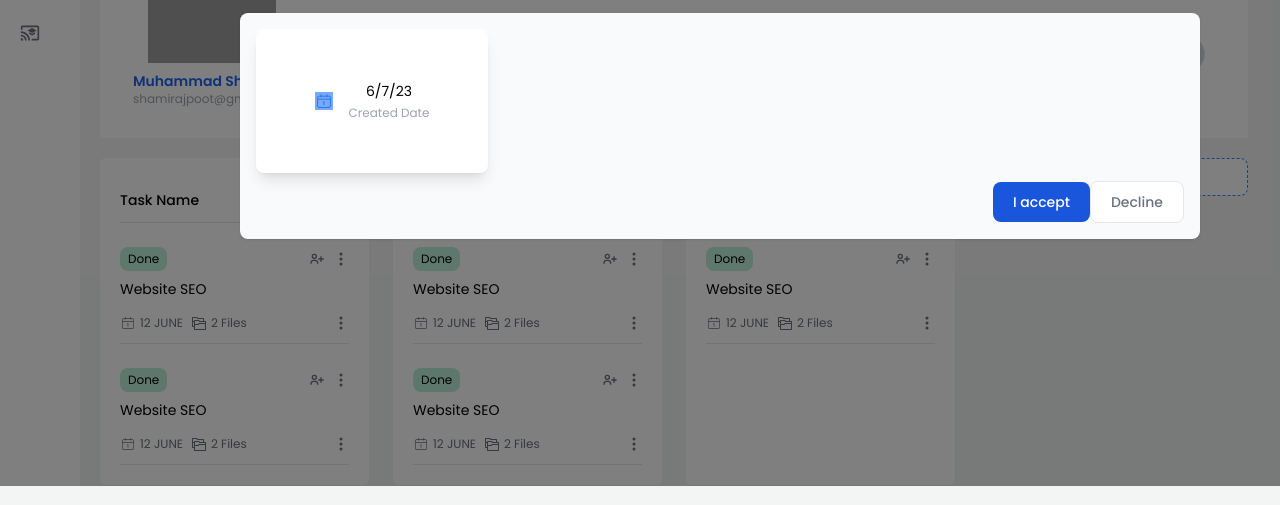
Repository: Shamraiz761/Frontend-Assessment
Page: /, after clicking the first element matching `button.bg-white`
These files come from the project's save history. The page is drawn as it stood at one moment and after the next save; the edit follows.
The browser window is 1280 px wide. The pictures show the part of the page from y = 234 to 739 px (the page is 739 px tall).
Pictures or frames that could not be fetched are drawn as grey boxes. The project was rebuilt for these pictures with package versions that can differ from the ones it lists, and the page was loaded fresh each time. Also part of the build but not shown: vite.config.js. Imported but missing from the stored project, and not drawn on this page: src/pages/auth/login.

Above is the page before, as saved 2023-06-09 13:43:48.

### src/main.jsx
import ReactDOM from 'react-dom/client'

import React from 'react'

import App from './App.jsx'
import './index.css'

ReactDOM.createRoot(document.getElementById('root')).render(
  <React.StrictMode>
    <App />
  </React.StrictMode>,
)

### src/App.jsx
import React from 'react'
import { DndProvider } from 'react-dnd'
import { HTML5Backend } from 'react-dnd-html5-backend'
import 'flowbite'

import AppRoutes from './routes'

export default function App() {
  return (
    <DndProvider backend={HTML5Backend}>
      <AppRoutes />
    </DndProvider>
  )
}

### src/index.css
@import url("https://fonts.googleapis.com/css2?family=Poppins:wght@400;500;600;700;800;900&display=swap");

@tailwind base;
@tailwind components;
@tailwind utilities;

* {
  margin: 0;
  padding: 0;
}

body {
  margin: 0;
  font-family: "Poppins", -apple-system, BlinkMacSystemFont, "Segoe UI",
    "Roboto", "Oxygen", "Ubuntu", "Cantarell", "Fira Sans", "Droid Sans",
    "Helvetica Neue", sans-serif;
  -webkit-font-smoothing: antialiased;
  -moz-osx-font-smoothing: grayscale;
  width: 100vw;
  overflow-x: hidden;
  background-color: #f2f5f3;
  /* background: linear-gradient(180deg, #faefe8 0%, #edc7ac 100%); */
}

code {
  font-family: source-code-pro, Menlo, Monaco, Consolas, "Courier New",
    monospace;
}

.pointer-cursor {
  cursor: pointer;
}

.cusBorder {
  border: 1px solid #000;
  border-radius: 5px;
}

img {
  cursor: pointer;
}
.errors {
  color: #dc3545;
  padding: 0;
  margin: 0;
  font-size: 12px;
}
.loader {
  position: fixed;
  top: 0;
  bottom: 0;
  left: 0;
  right: 0;
  background-color: rgba(47, 151, 161, 0.32);

  display: flex;
  justify-content: center;
  align-items: center;
}

.link {
  color: #000;
  cursor: pointer;
  text-decoration: none;
}
.link:hover {
  color: #000;
}

.trans-btn {
  background-color: transparent;
  border: none;
}
.profile-logout-btn {
  border: 0;
}
.profile-logout-btn:hover {
  border: 0;
}
.profile-btn {
  border-radius: 0;
  border: 0;
}
.logout-btn {
  border-radius: 0;
  border: 0;
}
.logout-btn:hover {
  background-color: rgba(220, 53, 69, 0.5);
  border: 0;
  color: #fff;
}
.breadcrumbs ul {
  list-style: none;
  display: inline-block;
}

.breadcrumbs ul li {
  display: inline;
}

.breadcrumbs ul li .bc-link {
  /* display: block; */
  width: max-content;
  background-color: #f8f9fa;
  padding: 6px 15px 6px 25px;
  text-align: center;
  position: relative;
  margin: 0 10px 0 0;
  font-size: 15px;
  text-decoration: none;
  color: #000;
}
.breadcrumbs ul li .bc-link::after {
  content: "";
  border-top: 17px solid transparent;
  border-bottom: 17px solid transparent;
  border-left: 17px solid #f8f9fa;
  position: absolute;
  top: 0;
  right: -17px;
  z-index: 1;
}
.breadcrumbs ul li .bc-link::before {
  content: "";
  border-top: 17px solid transparent;
  border-bottom: 17px solid transparent;
  border-left: 17px solid #71cdd5;
  position: absolute;
  top: 0;
  left: 0;
}
.breadcrumbs ul li:first-child .bc-link {
  border-top-left-radius: 5px;
  border-bottom-left-radius: 5px;
}
.breadcrumbs ul li:first-child .bc-link::before {
  display: none;
}

.breadcrumbs ul li:last-child .bc-link {
  padding-right: 20px;
  border-top-right-radius: 5px;
  border-bottom-right-radius: 5px;
}
.breadcrumbs ul li:last-child .bc-link::after {
  display: none;
}

@media screen and (max-width: 500px) {
  .breadcrumbs ul li .bc-link {
    /* display: block; */
    padding: 2px 2px 2px 13px;
    /* margin: 0 10px 0 0; */
    font-size: 14px;
  }

  .breadcrumbs ul li .bc-link::after {
    content: "";
    border-top: 11.6px solid transparent;
    border-bottom: 11.6px solid transparent;
    border-left: 11.6px solid #f8f9fa;
    position: absolute;
    top: 0;
    right: -11.6px;
    z-index: 1;
  }
  .breadcrumbs ul li .bc-link::before {
    content: "";
    border-top: 11.6px solid transparent;
    border-bottom: 11.6px solid transparent;
    border-left: 11.6px solid #71cdd5;
    position: absolute;
    top: 0;
    left: 0;
  }
  .breadcrumbs ul li:last-child .bc-link {
    padding-right: 5px;
  }
}

@media screen and (max-width: 350px) {
  .breadcrumbs ul li .bc-link {
    /* display: block; */
    padding: 2px 2px 2px 12px;
    /* margin: 0 10px 0 0; */
    font-size: 10px;
  }

  .breadcrumbs ul li .bc-link::after {
    content: "";
    border-top: 9px solid transparent;
    border-bottom: 9px solid transparent;
    border-left: 9px solid #f8f9fa;
    position: absolute;
    top: 0;
    right: -9px;
    z-index: 1;
  }
  .breadcrumbs ul li .bc-link::before {
    content: "";
    border-top: 9px solid transparent;
    border-bottom: 9px solid transparent;
    border-left: 9px solid #edc7ac;
    position: absolute;
    top: 0;
    left: 0;
  }
  .breadcrumbs ul li:last-child .bc-link {
    padding-right: 5px;
  }
}

/* ********************************************** */

### src/routes/index.jsx
import {
  createBrowserRouter,
  createRoutesFromElements,
  RouterProvider,
  Route,
} from "react-router-dom";

import * as React from "react";

import Layout from "./layout";
import Root from "./root";

import Home from "../pages/dashboard";
import Login from "../pages/auth/login";
import Header from "../components/header/index";

export default function AppRoutes() {
  const router = createBrowserRouter(
    createRoutesFromElements(
      <Route path="/" element={<Root />}>
        <Route path="/login" element={<Login />} />

        <Route element={<Layout />}>
          <Route path="/" element={<Home />} />
        </Route>
      </Route>
    )
  );

  return <RouterProvider router={router} />;
}

### src/routes/layout.jsx
import { Link, Outlet, useNavigate } from "react-router-dom";
import { Gi3DGlasses } from "react-icons/gi";
import { CgProfile } from "react-icons/cg";
import { BsArrowLeft, BsFillChatSquareTextFill } from "react-icons/bs";
import { MdOutlineDashboard, MdOutlineCastForEducation } from "react-icons/md";

import React, { useState } from "react";
import Header from "../components/header/index";

export default function Layout() {
  const [open, setOpen] = useState(false);
  const [type, setType] = useState(false);
  const navigate = useNavigate();
  return (
    <div>
      {/* {loading && <LoadingSpinner asOverlay />} */}
      <div
        className={` h-screen bg-white  p-3 ${
          open ? "w-56" : "w-20"
        } fixed top-0 sidebar z-50`}
      >
        {/* Logo */}

        <div className="flex flex-row justify-center">
          <svg
            width="67"
            height="67"
            viewBox="0 0 67 67"
            fill="none"
            xmlns="http://www.w3.org/2000/svg"
            className={` text-4xl block float-left cursor-pointer rounded duration-500 ${
              !open && "rotate-[360deg]"
            }`}
            onClick={() => {
              setOpen(!open);
              setType(false);
            }}
          >
            <path
              d="M22.138 15.2984L30.8759 24.0363C32.3276 25.488 34.7005 25.488 36.1522 24.0363L44.8901 15.2984C47.2351 12.9534 45.588 8.90552 42.238 8.90552H24.7622C21.4401 8.90552 19.7651 12.9534 22.138 15.2984Z"
              fill="#208FF5"
            />
            <path
              d="M22.138 51.7017L30.8759 42.9637C32.3276 41.5121 34.7005 41.5121 36.1522 42.9637L44.8901 51.7017C47.2351 54.0467 45.588 58.0946 42.238 58.0946H24.7622C21.4401 58.0946 19.7651 54.0467 22.138 51.7017Z"
              fill="#208FF5"
            />
            <path
              d="M6.03002 31.9088L12.423 21.8588C13.428 20.2676 15.6614 20.0163 17.0014 21.3563L27.0514 31.4063C28.1959 32.5509 28.1959 34.4213 27.0514 35.5659L17.0014 45.6159C15.6614 46.9559 13.456 46.7047 12.423 45.1134L6.03002 35.0634C5.44377 34.1142 5.44377 32.8859 6.03002 31.9088Z"
              fill="#208FF5"
            />
            <path
              d="M60.9701 31.9088L54.5771 21.8588C53.5721 20.2676 51.3387 20.0163 49.9987 21.3563L39.9488 31.4063C38.8042 32.5509 38.8042 34.4213 39.9488 35.5659L49.9987 45.6159C51.3387 46.9559 53.5442 46.7047 54.5771 45.1134L60.9701 35.0634C61.5563 34.1142 61.5563 32.8859 60.9701 31.9088Z"
              fill="#208FF5"
            />
          </svg>
        </div>

        {/* Search */}

        <ul className="pt-2">
          {/* Dashboard */}
          <Link
            to="/"
            className={` rounded-md text-gray-500  text-xs flex items-center gap-x-4 cursor-pointer hover:bg-gray-50 hover:text-blue-500 py-4 p-2`}
          >
            <span className="text-xl block float-left">
              <MdOutlineDashboard />
            </span>
            <span
              className={` text-sm font-md flex-1
          ${!open && "hidden"}`}
            >
              Marketplace
            </span>
          </Link>

          <Link
            className={` rounded-md text-gray-500  text-xs flex items-center gap-x-4 cursor-pointer hover:bg-gray-50 hover:text-blue-500 py-4 p-2`}
            to="/profile"
          >
            <span className="text-xl block float-left">
              <CgProfile />
            </span>
            <span
              className={` text-xs font-md flex-1
          ${!open && "hidden"}`}
            >
              Profile
            </span>
          </Link>

          {/* Lens */}
          <Link
            className={` rounded-md text-gray-500  text-xs flex items-center gap-x-4 cursor-pointer hover:bg-gray-50 hover:text-blue-500 py-4 p-2`}
            to="/chat"
          >
            <span className="text-lg block float-left">
              <BsFillChatSquareTextFill />
            </span>
            <span
              className={` text-xs font-md flex-1
          ${!open && "hidden"}`}
            >
              Chat
            </span>
          </Link>

          {/* Orders */}
          <Link
            className={` rounded-md text-gray-500  text-xs flex items-center gap-x-4 cursor-pointer hover:bg-gray-50 hover:text-blue-500 py-4 p-2`}
            to="/education"
          >
            <span className="text-xl block float-left">
              <MdOutlineCastForEducation />
            </span>
            <span
              className={` text-xs font-md flex-1
          ${!open && "hidden"}`}
            >
              Education
            </span>
          </Link>
        </ul>
      </div>
      <div className={` ${open ? "ml-56" : "ml-20"}`}>
        <Header />
        <Outlet />
      </div>
    </div>
  );
}

### src/routes/root.jsx
import { Outlet } from 'react-router-dom'

import React from 'react'

export default function Root() {
    return (
        <Outlet />
    )
}

### src/pages/Dashboard/index.jsx
import { AiOutlinePlusCircle } from "react-icons/ai";
import { BsThreeDotsVertical } from "react-icons/bs";
import { CiCalendarDate } from "react-icons/ci";

import React, { useState } from "react";

import "./index.css";
import Profile from "../../components/dashboard/profile";
import Card from "../../components/dashboard/card";

function Home() {
  const [isModalOpen, setIsModalOpen] = useState(false);

  const toggleModal = () => {
    setIsModalOpen(!isModalOpen);
  };

  return (
    <div className="mr-3">
      <Profile />
      <div className="m-5 grid grid-cols-1 sm:grid-cols-2 md:grid-cols-3 lg:grid-cols-4 gap-6 ">
        <div className="bg-white p-5 rounded-md">
          <div className="flex flex-row justify-between py-3 border-b">
            <div className="text-sm font-medium">Task Name</div>
            <div className="flex flex-row text-gray-500">
              <AiOutlinePlusCircle className="mr-2" />
              <BsThreeDotsVertical />
            </div>
          </div>
          <Card />
          <Card />
        </div>
        <div className="bg-white p-5 rounded-md">
          <div className="flex flex-row justify-between py-3 border-b">
            <div className="text-sm font-medium">Task Name</div>
            <div className="flex flex-row text-gray-500">
              <AiOutlinePlusCircle className="mr-2" />
              <BsThreeDotsVertical />
            </div>
          </div>
          <Card />
          <Card />
        </div>
        <div className="bg-white p-5 rounded-md">
          <div className="flex flex-row justify-between py-3 border-b">
            <div className="text-sm font-medium">Task Name</div>
            <div className="flex flex-row text-gray-500">
              <AiOutlinePlusCircle className="mr-2" />
              <BsThreeDotsVertical />
            </div>
          </div>
          <Card />
        </div>

        <div>
          <button
            onClick={toggleModal}
            className="bg-white flex flex-row justify-center text-blue-500 rounded-lg border border-dashed border-blue-500 px-2 py-2 text-sm w-full"
            type="button"
          >
            <AiOutlinePlusCircle className="mr-2 mt-1" />
            <h1>Add List</h1>
          </button>
          {isModalOpen && (
            <div className="fixed  top-0 left-0 right-0 bottom-0 z-50   bg-opacity-50 bg-black">
              <div className="  min-h-screen flex items-center justify-center ">
                <div className="absolute w-9/12 ml-40 bg-slate-50 rounded-lg shadow p-4">
                  <div className="grid grid-cols-4">
                    <div className="col-span-3">
                      <div className="grid grid-cols-1 md:grid-cols-2 lg:grid-cols-3 flex-wrap">
                        <div className="card bg-white rounded-lg shadow-lg">
                          <div className="flex flex-row justify-center items-center h-36 text-sm">
                            <CiCalendarDate className="mr-4 text-lg text-blue-600 bg-blue-400" />
                            <div>
                              <p className="mb-1 text-center">6/7/23</p>
                              <p className="text-xs font-thin text-gray-400">
                                Created Date
                              </p>
                            </div>
                          </div>
                        </div>
                      </div>
                    </div>
                  </div>
                  <div className="flex items-center justify-end  pt-2">
                    <button
                      onClick={toggleModal}
                      type="button"
                      className="text-white bg-blue-700 hover:bg-blue-800 focus:ring-4 focus:outline-none focus:ring-blue-300 font-medium rounded-lg text-sm px-5 py-2.5"
                    >
                      I accept
                    </button>
                    <button
                      onClick={toggleModal}
                      type="button"
                      className="text-gray-500 bg-white hover:bg-gray-100 focus:ring-4 focus:outline-none focus:ring-blue-300 rounded-lg border border-gray-200 text-sm font-medium px-5 py-2.5 hover:text-gray-900"
                    >
                      Decline
                    </button>
                  </div>
                </div>
              </div>
            </div>
          )}
        </div>
      </div>
    </div>
  );
}
export default Home;

### src/components/header/index.jsx
import { IoIosNotifications } from "react-icons/io";

import React from "react";
import { CgProfile } from "react-icons/cg";

function Header() {
  return (
    <div>
      {/* component */}
      <nav className=" bg-white w-full flex relative justify-between items-center mx-auto px-8 py-4 h-16">
        {/* search bar */}
        <div className="hidden sm:block flex-shrink flex-grow-0 justify-start px-2">
          <div className="inline-block">
            <div className="inline-flex items-center max-w-full">
              <input
                className="flex items-center text-gray-400 bg-slate-50 justify-between  flex-grow-0  relative w-72 border rounded-lg  py-1"
                type="search"
                placeholder="Search"
              />

              <div className="flex items-center justify-center relative  h-8 w-24 rounded-full"></div>
            </div>
          </div>
        </div>

        <div className="flex-initial">
          <div className="flex justify-end items-center relative">
            <div className="block">
              <div className="inline relative sm:flex sm:flex-row sm:justify-center">
                <button
                  type="button"
                  className="inline-flex items-center relative px-2  rounded-full hover:shadow-lg"
                >
                  <IoIosNotifications className="text-gray-400 text-xl" />
                </button>
                <button
                  type="button"
                  className="inline-flex items-center relative px-2  rounded-full hover:shadow-lg"
                >
                  <CgProfile className="text-gray-400 text-xl" />
                </button>
              </div>
            </div>
          </div>
        </div>
        {/* end login */}
      </nav>
    </div>
  );
}

export default Header;

### src/pages/Dashboard/index.css
.dashboard-cover-iamge{
    background: url("../../assets/images/dashboard-back.png");
    background-position: center;
    background-repeat: no-repeat;
    background-size: cover;

}

### src/components/dashboard/profile.jsx
import profile from "../../assets/images/Ellipse 1631.png";

import React from "react";

function Profile() {
  return (
    <div className="m-5  w-[11/12] md:h-72 h-[360px]  bg-white">
      <div className="dashboard-cover-iamge h-[150px]  w-[100%]"></div>
      <div className="grid lg:grid-cols-2 grid-cols-1 md:grid-cols-2 flex-row justify-between flex-wrap">
        <div className="ml-12">
          <img src={profile} className="h-32 w-32 mt-[-65px]  " />
          <h1 className="text-blue-600 font-semibold text-sm ml-[-15px] mt-2">
            Muhammad Shamraiz
          </h1>
          <p className="text-gray-400 text-xs font-thin ml-[-15px]">
            shamirajpoot@gmail.com
          </p>
        </div>
        <div className="grid my-3 grid-cols-2 lg:grid-cols-4 md:justify-end justify-between mx-8 items-center ">
          <button className="btn border  rounded-full w-24 lg:w-28 m-1  px-4 py-2 bg-blue-600 text-sm  text-white">
            Task
          </button>
          <button className="btn border  rounded-full w-24 lg:w-28 m-1 px-4 py-2 bg-gray-300 text-sm  text-gray-800">
            Order
          </button>
          <button className="btn border  rounded-full w-24 lg:w-28  m-1 px-4 py-2 bg-gray-300 text-sm  text-gray-800">
            Submit
          </button>
          <button className="btn border  rounded-full w-24 lg:w-28 m-1 px-4 py-2 bg-gray-300 text-sm  text-gray-800">
            Payment
          </button>
        </div>
      </div>
    </div>
  );
}

export default Profile;

### src/components/dashboard/card.jsx
import { BiUserPlus } from "react-icons/bi";
import { CiCalendarDate } from "react-icons/ci";
import { VscFileSubmodule } from "react-icons/vsc";
import { BsThreeDotsVertical } from "react-icons/bs";

import React from "react";

function Card() {
  return (
    <div className="border-b py-3">
      <div className="flex flex-row justify-between mt-3 ">
        <span className="bg-green-200 px-2 py-1 rounded-lg text-xs font-thin">
          Done
        </span>
        <div className="flex flex-row text-gray-500 mt-1">
          <BiUserPlus className="mr-2 " />
          <BsThreeDotsVertical />
        </div>
      </div>
      <h1 className="text-sm my-2">Website SEO</h1>

      <div className="flex flex-row justify-between mt-3">
        <div className="flex flex-row">
          <div className="flex flex-row text-gray-500 mt-1">
            <CiCalendarDate className="mr-1" />
            <p className="text-xs font-thin text-gray-500 mr-2">12 JUNE</p>
          </div>
          <div className="flex flex-row text-gray-500 mt-1">
            <VscFileSubmodule className="mr-1" />
            <p className="text-xs font-thin text-gray-500 mr-2">2 Files</p>
          </div>
        </div>
        <div className="flex flex-row text-gray-500 mt-1">
          <BsThreeDotsVertical />
        </div>
      </div>
    </div>
  );
}

export default Card;

### tailwind.config.cjs
const colors = require('tailwindcss/colors');
const defaultTheme = require('tailwindcss/defaultTheme');

module.exports = {
  content: ['./src/**/*.{js,jsx,ts,tsx}', "node_modules/flowbite/**/*.js"],
  theme: {
    extend: {
      colors: {
        // set primary color from figma
        // primary: {
        // },
      },
      fontFamily: {
        poppins: ['Poppins', ...defaultTheme.fontFamily.sans],
      },
      fontSize: {
        xxs: '0.5rem',
      },
    },
  },
  plugins: [
    require('flowbite/plugin')
  ],

};

Loaded but not shown: index.html (common file)

After the next save:
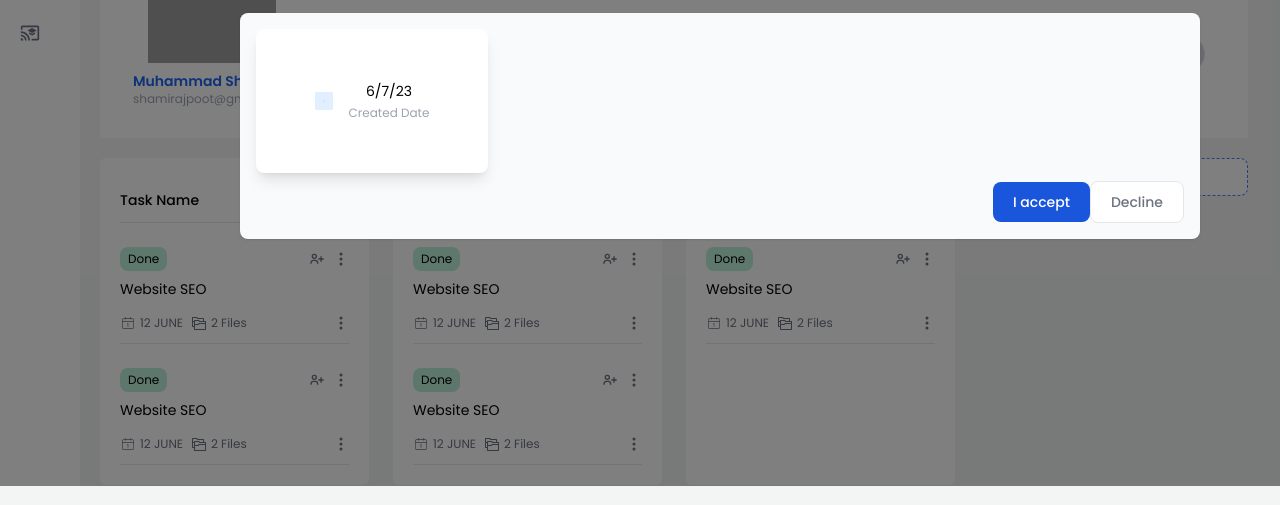
Saved 17 s later.
--- a/src/pages/Dashboard/index.jsx
+++ b/src/pages/Dashboard/index.jsx
@@ -70,7 +70,7 @@ function Home() {
                       <div className="grid grid-cols-1 md:grid-cols-2 lg:grid-cols-3 flex-wrap">
                         <div className="card bg-white rounded-lg shadow-lg">
                           <div className="flex flex-row justify-center items-center h-36 text-sm">
-                            <CiCalendarDate className="mr-4 text-lg text-blue-600 bg-blue-400" />
+                            <CiCalendarDate className="mr-4 text-lg text-blue-600 p-2 bg-blue-100" />
                             <div>
                               <p className="mb-1 text-center">6/7/23</p>
                               <p className="text-xs font-thin text-gray-400">
